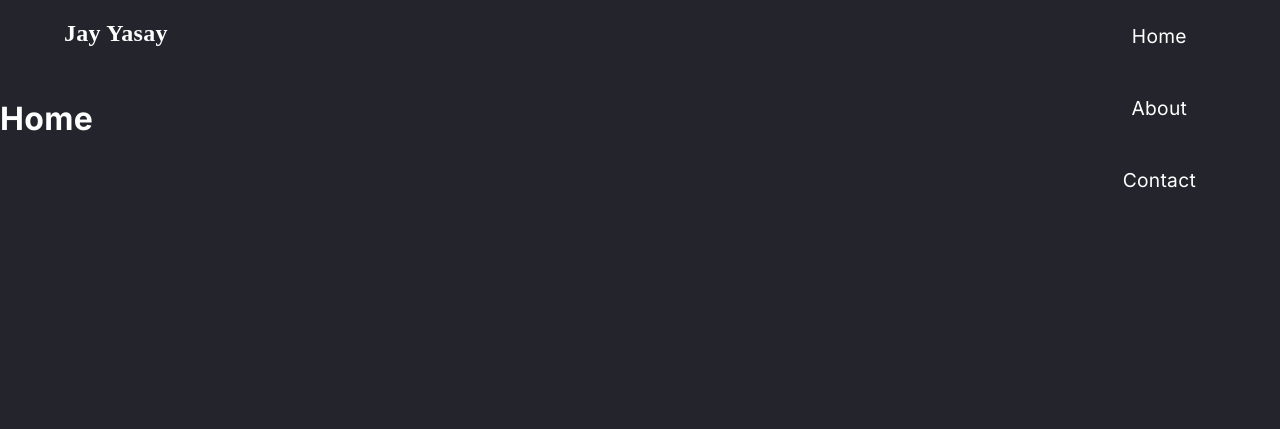
Repository: jayyasay/portfolio
Page: /
These files come from the project's save history. The page is drawn as it stood at one moment and after the next save; the edit follows.
The browser window is 1280 px wide. The pictures show the whole page.
Some web fonts or font styles are not loaded; a fallback is used. The project was rebuilt for these pictures with package versions that can differ from the ones it lists, and the page was loaded fresh each time. Also part of the build but not shown: src/App.css, src/pages/About.js.

Above is the page before, as saved 2023-09-19 17:22:31.

After the next save:
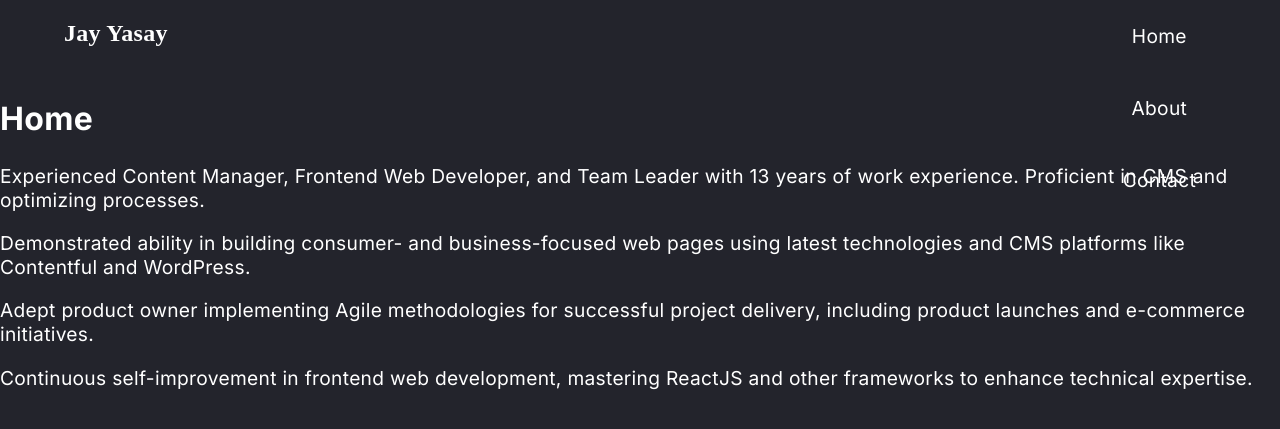
Saved 3 min 18 s later.
--- a/src/pages/Home.js
+++ b/src/pages/Home.js
@@ -1,8 +1,19 @@
+import styled from "styled-components";
+
+const HomeWrapper = styled.div``;
 
 const Home = () => {
-    return (
+  return (
+    <>
+      <HomeWrapper>
         <h2>Home</h2>
-    )
+        <p>Experienced Content Manager, Frontend Web Developer, and Team Leader with 13 years of work experience. Proficient in CMS and optimizing processes.</p>
+        <p>Demonstrated ability in building consumer- and business-focused web pages using latest technologies and CMS platforms like Contentful and WordPress.</p>
+        <p>Adept product owner implementing Agile methodologies for successful project delivery, including product launches and e-commerce initiatives.</p>
+        <p>Continuous self-improvement in frontend web development, mastering ReactJS and other frameworks to enhance technical expertise.</p>
+      </HomeWrapper>
+    </>
+  );
 };
 
 export default Home;
